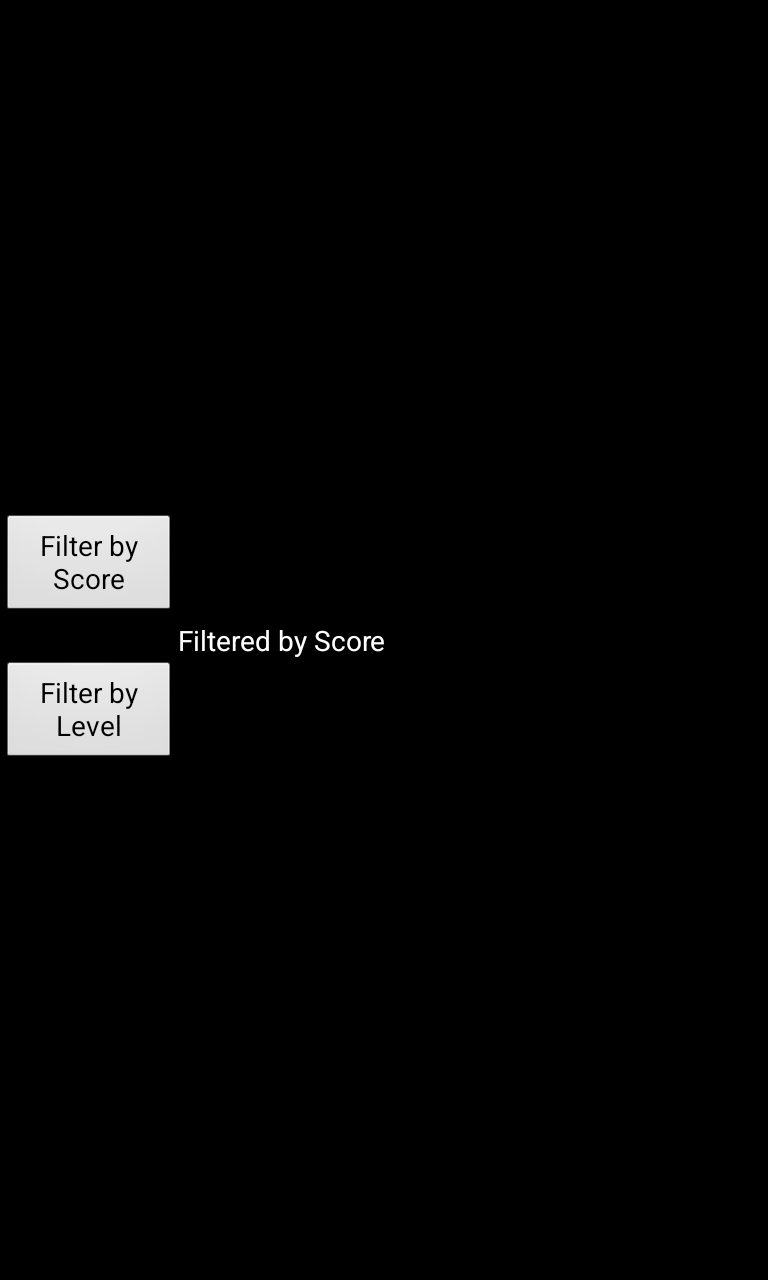
Repository: valleskeyp/IADHub
Layout: MGDGame-android/res/layout/main.xml
An editor plug-in stored every save of this project. The layout is shown before and after the next save, followed by the edit.
It is drawn on a 768 x 1280 px phone screen (xhdpi) without system bars, with theme android:Theme.NoTitleBar.Fullscreen; the app's code is not run. Lists and similar views that code fills are empty.

Above is the layout before, as saved 2013-07-31 21:17:12.

After the next save:
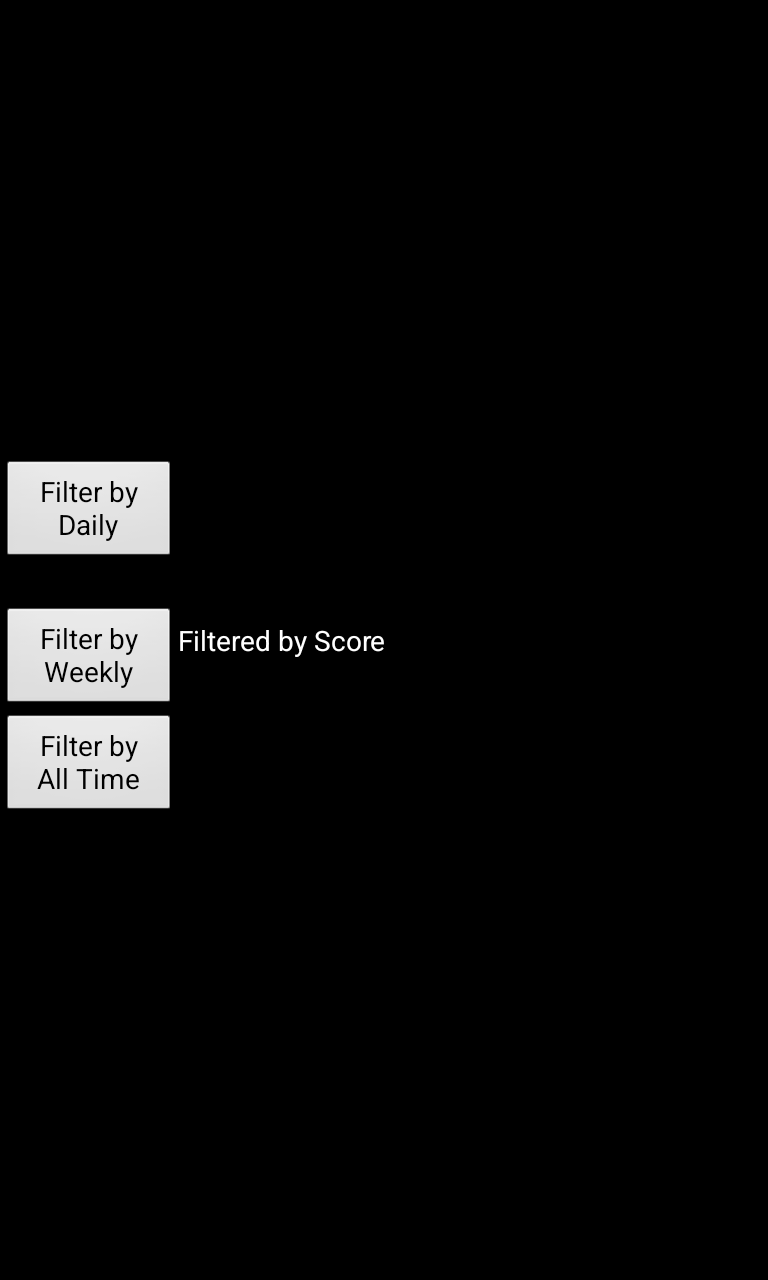
Saved 2 min 48 s later.
--- a/MGDGame-android/res/layout/main.xml
+++ b/MGDGame-android/res/layout/main.xml
@@ -12,17 +12,23 @@
 	    android:layout_gravity="center_vertical" >
 
 	    <Button
-	        android:id="@+id/filterScore"
+	        android:id="@+id/filterDay"
 	        android:layout_marginBottom="20dp"
 	        android:layout_width="89dp"
 	        android:layout_height="wrap_content"
-	        android:text="Filter by Score" />
+	        android:text="Filter by Daily" />
 
 	    <Button
-	        android:id="@+id/filterLevel"
+	        android:id="@+id/filterWeek"
 	        android:layout_width="89dp"
 	        android:layout_height="wrap_content"
-	        android:text="Filter by Level" />
+	        android:text="Filter by Weekly" />
+
+	    <Button
+	        android:id="@+id/filterAll"
+	        android:layout_width="89dp"
+	        android:layout_height="wrap_content"
+	        android:text="Filter by All Time" />
 	</LinearLayout>
 
 	<LinearLayout
